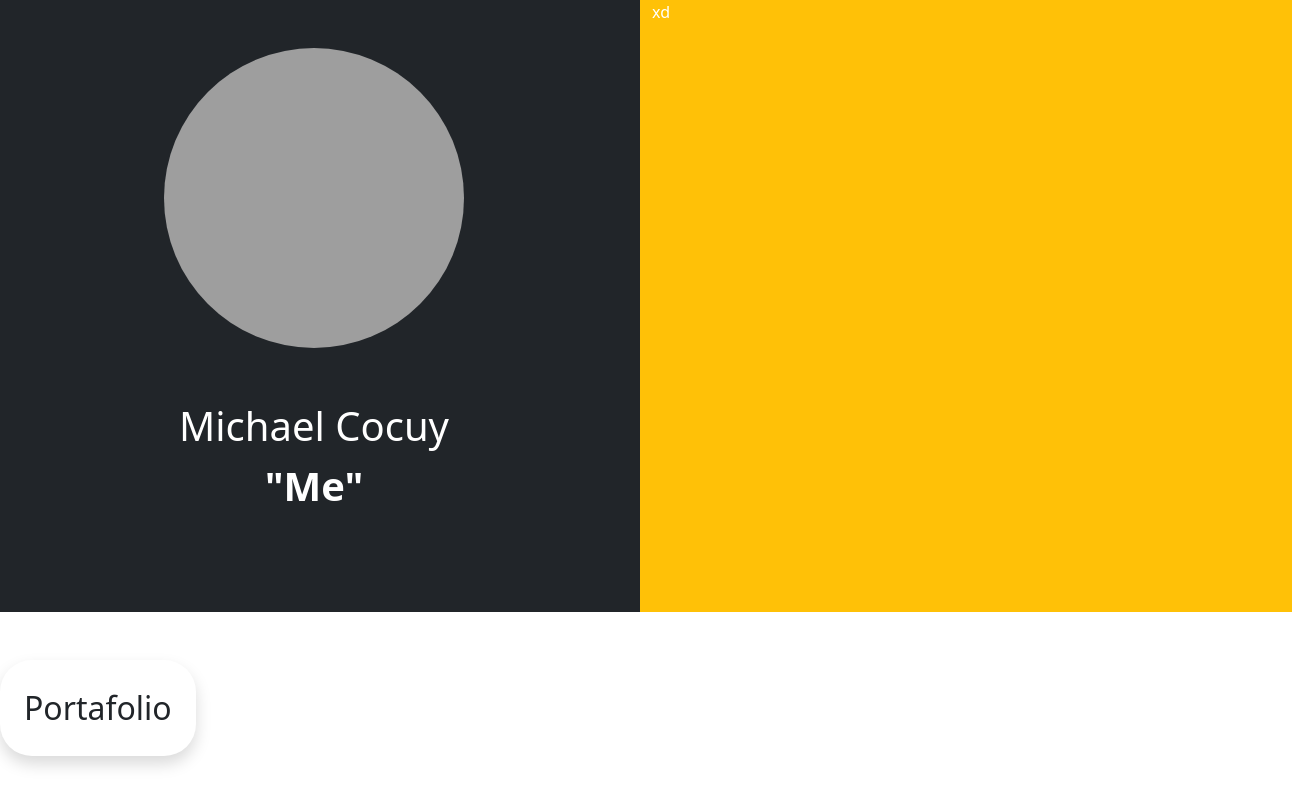
Repository: TzStrikerYT/Dise-o-web-NA00
Page: Proyecto_personal/index.html
The author's editor kept a copy of each file at every save. The page is drawn from the files as they stood at one save, then again after the next save.
The browser window is 1280 px wide. The page is 1292 px wide, so the pictures cover 1292 px, including what lies to the right of the window. The pictures show the whole page.
Pictures or frames that could not be fetched are drawn as grey boxes.

Above is the page before, as saved 2024-08-28 21:25:40.

### Proyecto_personal/index.html
<!doctype html>
<html lang="en">
  <head>
    <meta charset="utf-8">
    <meta name="viewport" content="width=device-width, initial-scale=1">
    <title>Bootstrap demo</title>

    <link rel="stylesheet" href="style.css">

    <link href="https://cdn.jsdelivr.net/npm/bootstrap@5.3.3/dist/css/bootstrap.min.css" rel="stylesheet" integrity="sha384-QWTKZyjpPEjISv5WaRU9OFeRpok6YctnYmDr5pNlyT2bRjXh0JMhjY6hW+ALEwIH" crossorigin="anonymous">
  </head>
  <body class="">

    <!-- <div class="d-flex gap-5 justify-content-around vh-100 align-items-start">

        <div style="width: 200px; height: 200px; background: #449195;"></div>
        <div style="width: 200px; height: 200px; background: #449195;"></div>
        <div style="width: 200px; height: 200px; background: #449195;"></div>

    </div> -->

    <div class="row text-white">
        <div class="py-5 bg-dark col-md-6 d-flex flex-column align-items-center">
            <div class="mi-image border-0 rounded-circle">
                <!-- imagen -->
            </div>
            <div class="py-5 d-flex flex-column align-items-center">
                <span class="fs-1">Michael Cocuy</span>
                <span class="fs-1 fw-bolder">"Me"</span>
            </div>
        </div>
        <div class="bg-warning col-md-6">xd</div>
    </div>

    <div class="d-flex py-5">

      <div class="p-4 shadow border-0 rounded-5 shadow">
        <span class="fs-2">Portafolio</span>
      </div>

    </div>

    <script src="./script.js"></script>

    <script src="https://cdn.jsdelivr.net/npm/bootstrap@5.3.3/dist/js/bootstrap.bundle.min.js" integrity="sha384-YvpcrYf0tY3lHB60NNkmXc5s9fDVZLESaAA55NDzOxhy9GkcIdslK1eN7N6jIeHz" crossorigin="anonymous"></script>
  </body>
</html>

### Proyecto_personal/style.css
.mi-image {
    width: 300px;
    height: 300px;
    background: url("https://i.pinimg.com/236x/dd/57/04/dd5704fb37c592472942b0dde96e92bf.jpg");
    background-repeat: no-repeat;
    background-size: cover;
}

### Proyecto_personal/script.js
for(let i = 1; i <= 10; i++){
    if(i <= 9){
      console.log(`${i},`)
    } else {
      console.log(i)
    }
  }

let i = 1

while(i <= 10){

    // code here
    if(i <= 9){
        console.log(`${i},`)
      } else {
        console.log(i)
      }
    i++
}

for(let i = 1; i <= 3; i++){

    for(let j = 1; j <= 5; j++){

      if(i === 1){
        console.log("a",j)
      }

      if(i === 2){
        console.log("b",j)
      }

      if(i === 3){
        console.log("c",j)
      }
    }

  }

After the next save:
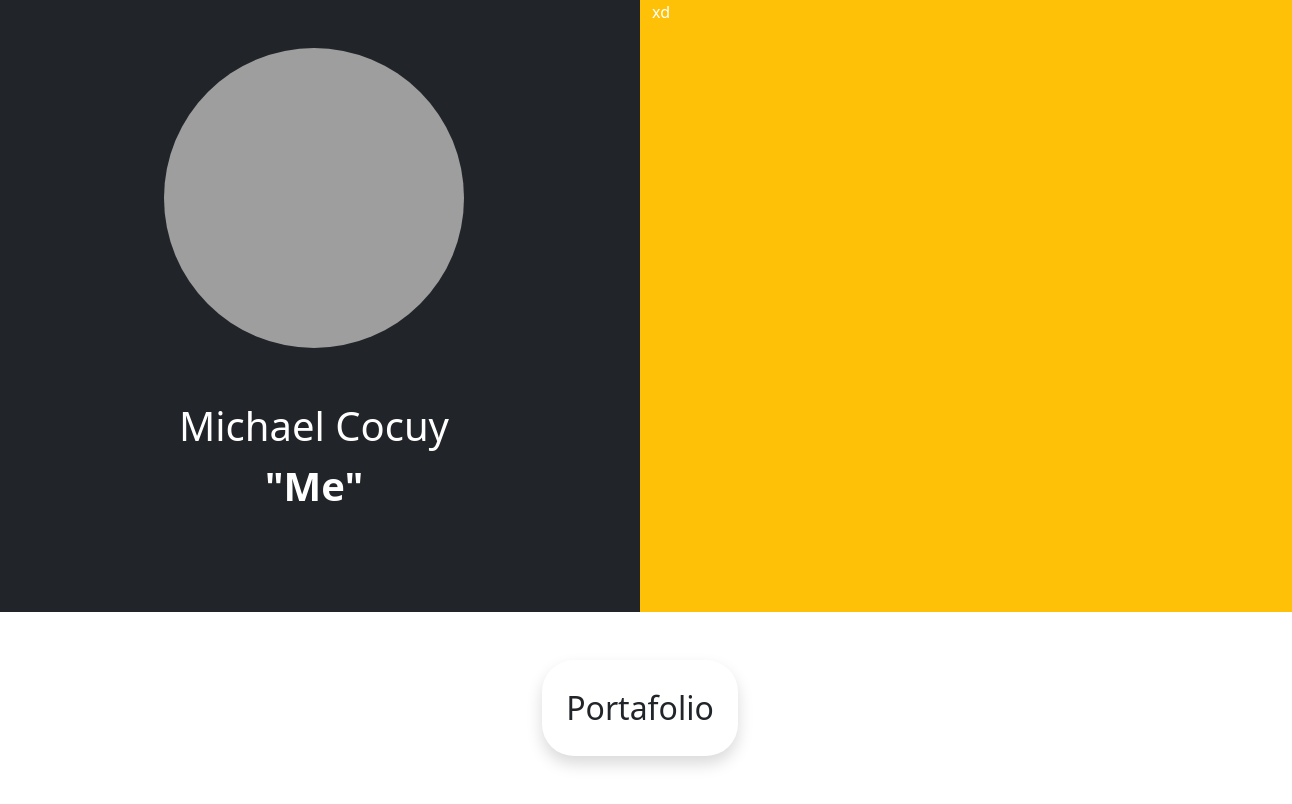
Saved 15 s later.
--- a/Proyecto_personal/index.html
+++ b/Proyecto_personal/index.html
@@ -32,7 +32,7 @@
         <div class="bg-warning col-md-6">xd</div>
     </div>
 
-    <div class="d-flex py-5">
+    <div class="d-flex justify-content-evenly py-5">
 
       <div class="p-4 shadow border-0 rounded-5 shadow">
         <span class="fs-2">Portafolio</span>
